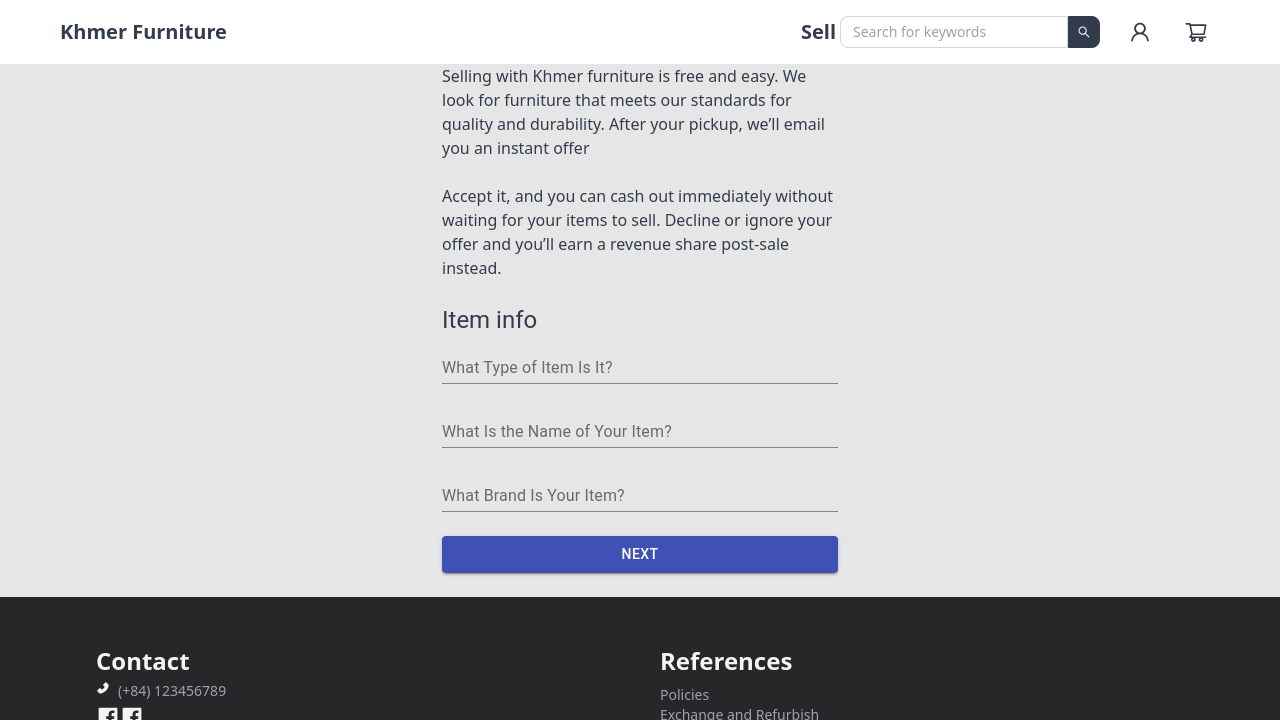
Repository: PlayerNguyen/dotot-shop
Page: /sell (app in client/)
An editor plug-in stored every save of this project. The page is shown before and after a run of saves, followed by the edit.
The browser window is 1280 px wide. The pictures show the whole page.
An inner scrolling area shows only its first screen. The project was rebuilt for these pictures with package versions that can differ from the ones it lists, and the page was loaded fresh each time. Also part of the build but not shown: client/src/components/NoMatch/NoMatch.jsx, client/src/components/Sell/UserDetails.js, client/src/components/Sell/Confirmation.js, client/src/components/Sell/Success.js.

Above is the page before, as saved 2022-12-06 12:31:58.

After the next 2 saves:
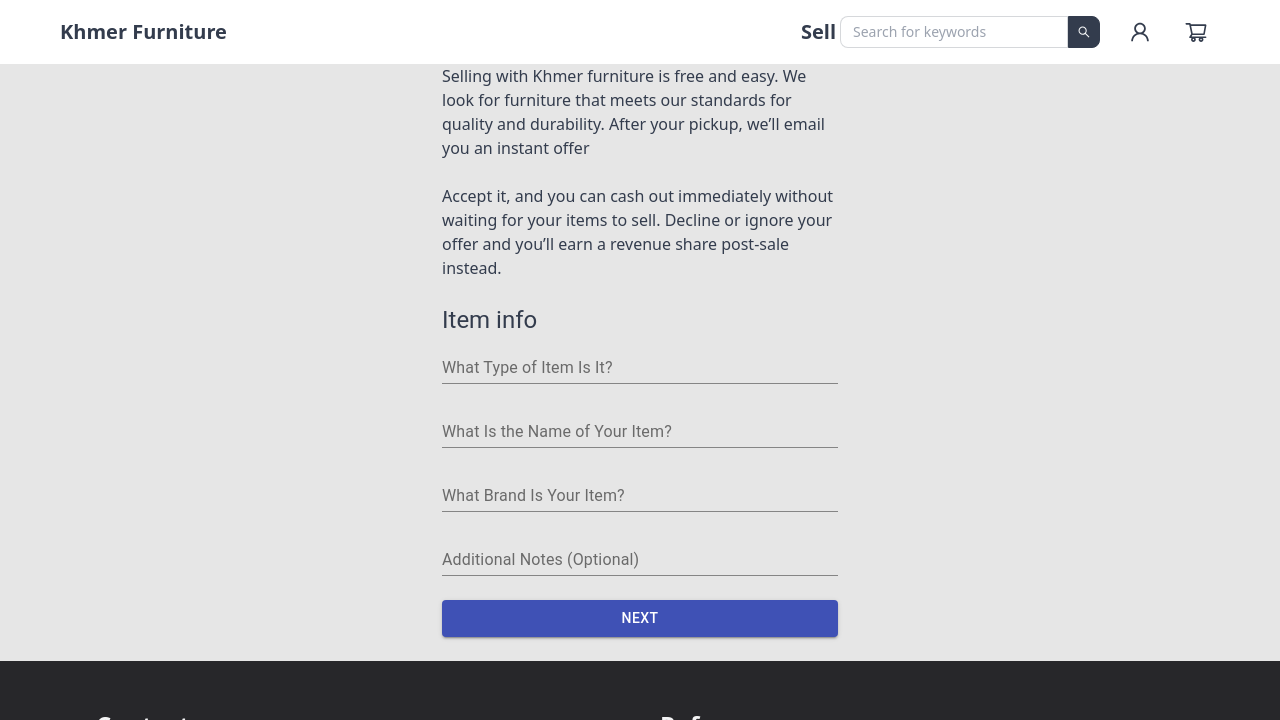
The 2 saves are shown as one change because they came seconds apart.
The last was saved 65 s later.
--- a/client/src/components/Sell/ProductDetails.js
+++ b/client/src/components/Sell/ProductDetails.js
@@ -64,6 +64,17 @@ const ProductDetails = ({ nextStep, handleChange, values }) => {
                     // type="password"
                   />
                 </Grid>
+                  {/* Additional Notes */}
+              <Grid item xs={12}>
+                <TextField
+                  placeholder="Additional Notes (Optional)"
+                  label="Additional Notes (Optional)"
+                  onChange={handleChange('levelOfEducation')}
+                  defaultValue={values.levelOfEducation}
+                  autoComplete="Level of Education"
+                  fullWidth
+                />
+              </Grid>
             </Grid>
             <br />
             <Button
